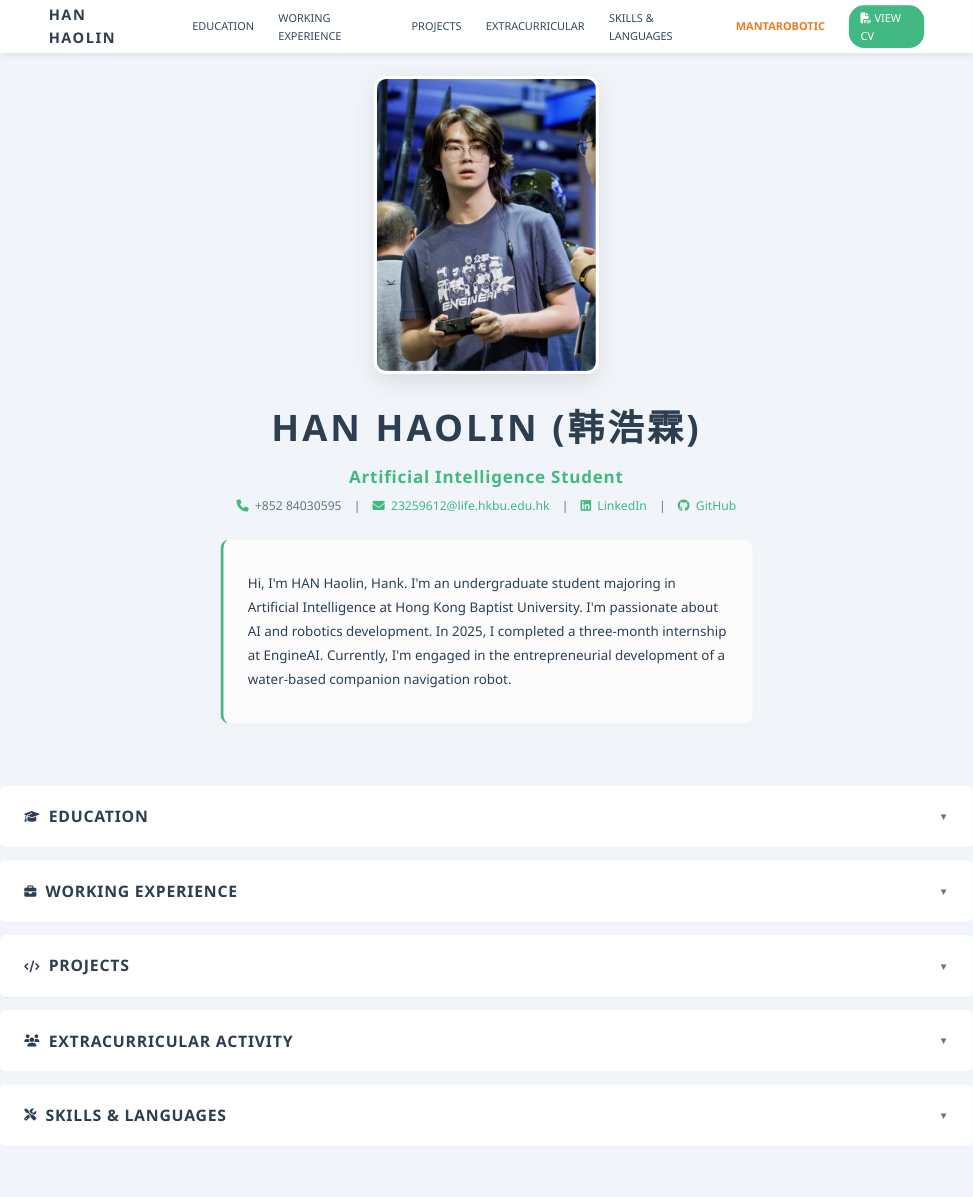
Repository: hhl2802149944-afk/hhl2802149944-afk.github.io
Page: /
The author's editor kept a copy of each file at every save. The page is drawn from the files as they stood at one save, then again after the next save.
The browser window is 1280 px wide. The pictures show the whole page, at 76% of full size.
The project was rebuilt for these pictures with package versions that can differ from the ones it lists, and the page was loaded fresh each time. Also part of the build but not shown: vite.config.js, src/components/ProjectCard.vue, src/views/MantaRoboticView.vue.

Above is the page before, as saved 2026-01-22 11:23:48.

After the next save:
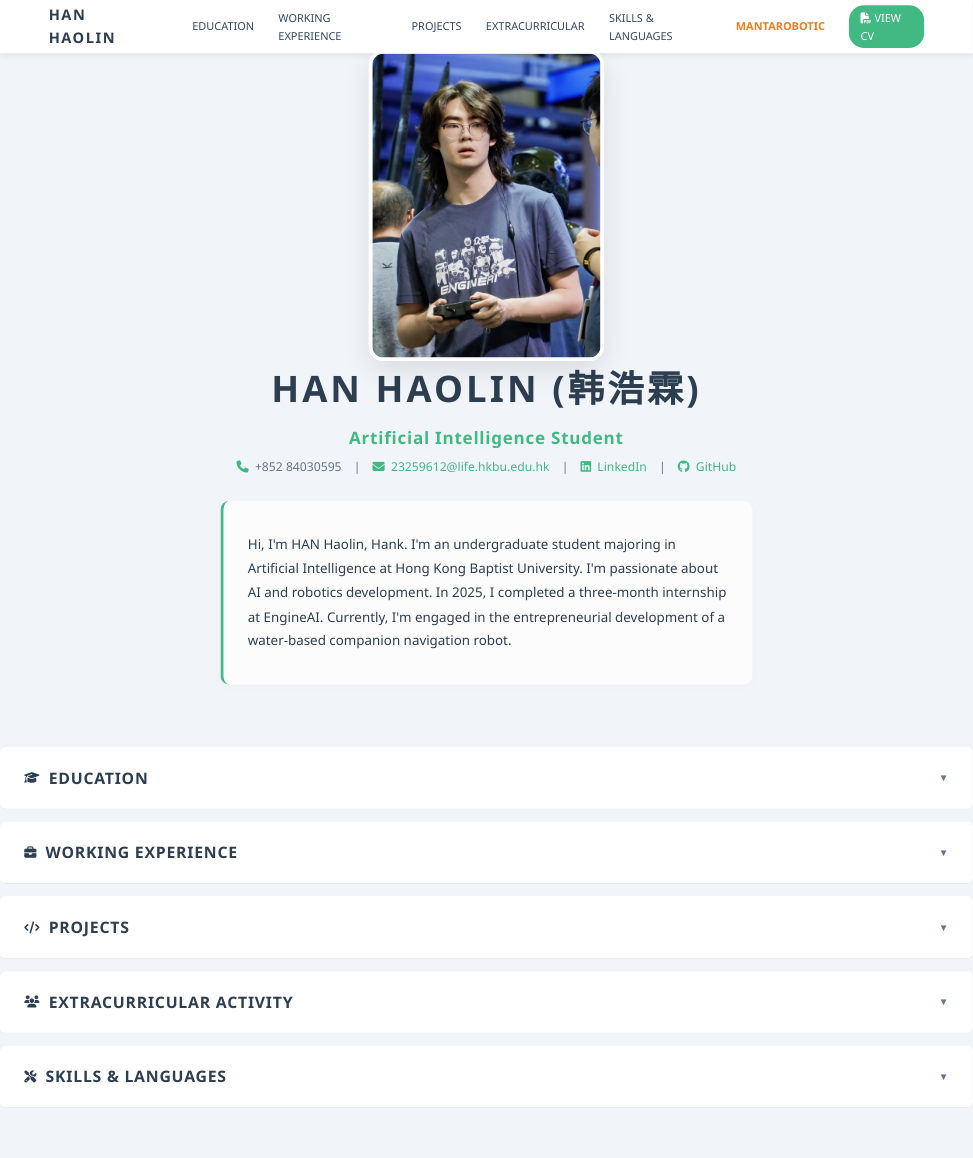
Saved 6 s later.
--- a/src/components/ResumeHeader.vue
+++ b/src/components/ResumeHeader.vue
@@ -95,12 +95,14 @@ h1 {
 }
 
 .profile-pic-container {
-  width: 288px; /* 240 * 1.2 */
-  height: 384px; /* 320 * 1.2 */
+  width: 250px;
+  height: 333px;
   border-radius: 16px;
   overflow: hidden;
   box-shadow: 0 10px 30px rgba(0,0,0,0.1);
   border: 4px solid white;
+  transform: scale(1.2); /* 放大 120% */
+  transform-origin: center;
 }
 
 .profile-pic {
